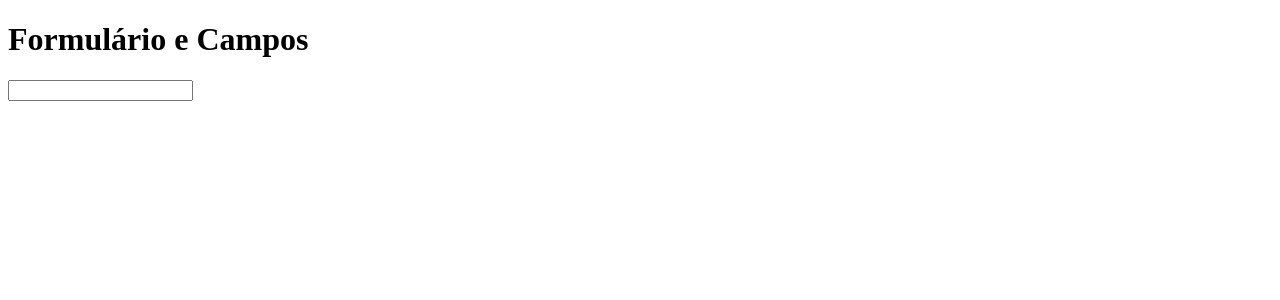
Repository: ErikMesquita/Danki-Code
Page: formulários_e_campos/index.html
The author's editor kept a copy of each file at every save. The page is drawn from the files as they stood at one save, then again after a run of saves.
The browser window is 1280 px wide. The pictures show the whole page.

Above is the page before, as saved 2023-10-28 15:53:00.

After the next 2 saves:
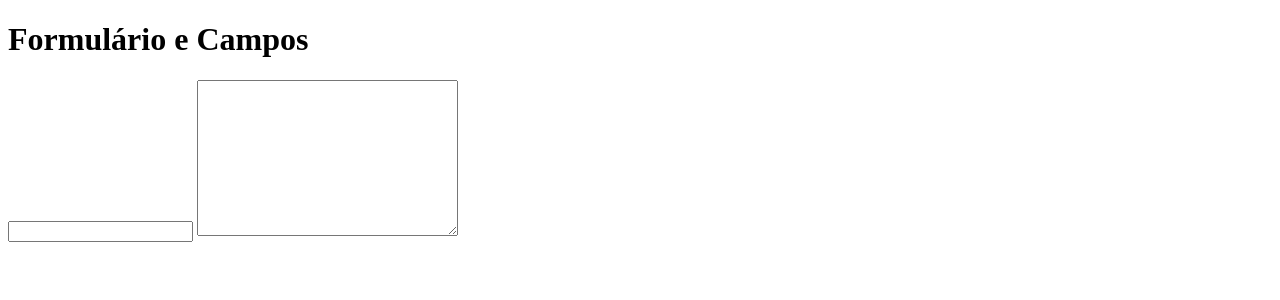
The 2 saves are shown as one change because they came seconds apart.
The last was saved 14 s later.
--- a/formulários_e_campos/index.html
+++ b/formulários_e_campos/index.html
@@ -14,7 +14,7 @@
 
     <form action=""></form>
     <input type="text">
-
+    <textarea name="" id="" cols="30" rows="10"></textarea>
 </body>
 
 </html>
